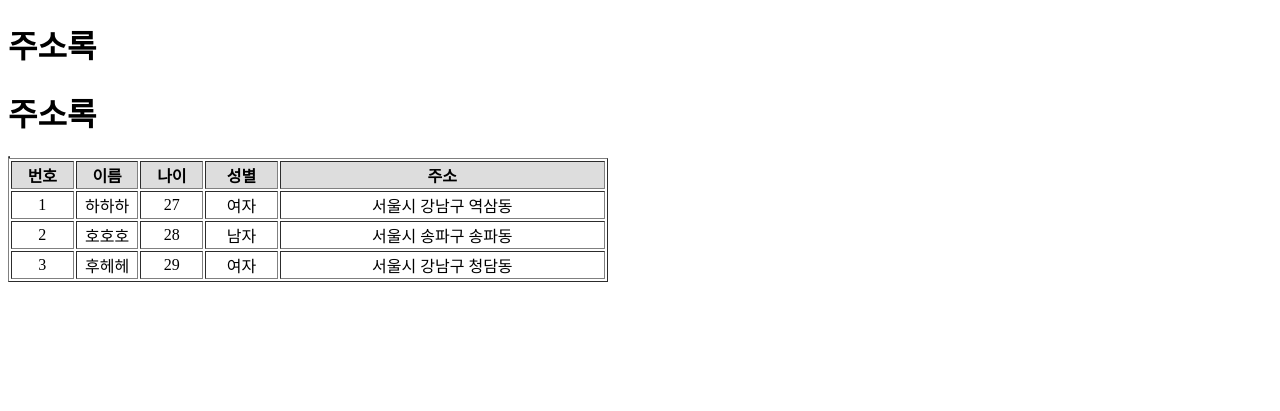
Repository: seula123/Front-End
Page: ClientTest/src/main/webapp/html/ex16_table.html
The author's editor kept a copy of each file at every save. The page is drawn from the files as they stood at one save, then again after the next save.
The browser window is 1280 px wide. The pictures show the whole page.

Above is the page before, as saved 2023-09-21 01:15:05.

### ClientTest/src/main/webapp/html/ex16_table.html
<!DOCTYPE html>
<html>
<head>
<meta charset="UTF-8">
<title>Insert title here</title>
</head>
<body>


		<!-- ex16_table.html  -->

		<!--
		테이블 ㅈ가업
		1. 기본작업(table, tr, td)
		2. 데이터 작성
		3. 크기 >전체너비> 열너비
		 **높이(x) > 데이터 추가/삭제 > 높이 변경해야 하기 때문에..




		 -->


		<h1> 주소록 </h1>

		<table border ="1">
		<h1> 주소록 </h1>
		<table border = "1" width ="600">
		<!--  테이블 헤더 -->
		<tr bgcolor = "#DDDDDD">
			<td align="center" width ="60"><b> 번호 </b></td>
			<td align="center" width ="60"><b> 이름 </b></td>
			<td align="center" width ="60"><b> 나이 </b></td>
			<td align="center" width ="70"><b> 성별 </b></td>
			<td align="center" width ="330"><b> 주소 </b></td>
		</tr>

		<!--

			테이블 본문(데이터)

			1.고정폭 > 왼쪽, 가운데
			2.가변폭 > 왼쪽
			3. 숫자 > 우측(자릿수 때문에)


		-->



	<tr >
		<td align="center"> 1 </td>
		<td align="center"> 하하하 </td>
		<td align="center"> 27 </td>
		<td align="center"> 여자 </td>
		<td align="center"> 서울시 강남구 역삼동 </td>
	</tr>
	<tr>
		<td align="center"> 2 </td>
		<td align="center"> 호호호 </td>
		<td align="center"> 28 </td>
		<td align="center"> 남자 </td>
		<td align="center"> 서울시 송파구 송파동 </td>
	</tr>
	<tr>
		<td align="center"> 3 </td>
		<td align="center"> 후헤헤 </td>
		<td align="center"> 29 </td>
		<td align="center"> 여자 </td>
		<td align="center"> 서울시 강남구 청담동 </td>
	</tr>




		</table>
</body>
</html>

After the next save:
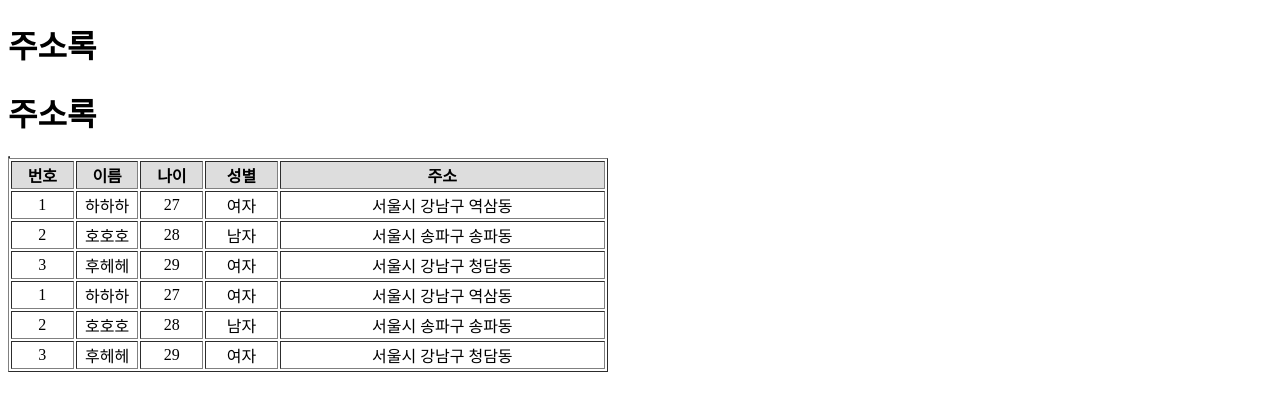
Saved 10 s later.
--- a/ClientTest/src/main/webapp/html/ex16_table.html
+++ b/ClientTest/src/main/webapp/html/ex16_table.html
@@ -70,7 +70,27 @@
 		<td align="center"> 여자 </td>
 		<td align="center"> 서울시 강남구 청담동 </td>
 	</tr>
-
+	<tr >
+		<td align="center"> 1 </td>
+		<td align="center"> 하하하 </td>
+		<td align="center"> 27 </td>
+		<td align="center"> 여자 </td>
+		<td align="center"> 서울시 강남구 역삼동 </td>
+	</tr>
+	<tr>
+		<td align="center"> 2 </td>
+		<td align="center"> 호호호 </td>
+		<td align="center"> 28 </td>
+		<td align="center"> 남자 </td>
+		<td align="center"> 서울시 송파구 송파동 </td>
+	</tr>
+	<tr>
+		<td align="center"> 3 </td>
+		<td align="center"> 후헤헤 </td>
+		<td align="center"> 29 </td>
+		<td align="center"> 여자 </td>
+		<td align="center"> 서울시 강남구 청담동 </td>
+	</tr>
 
 
 
